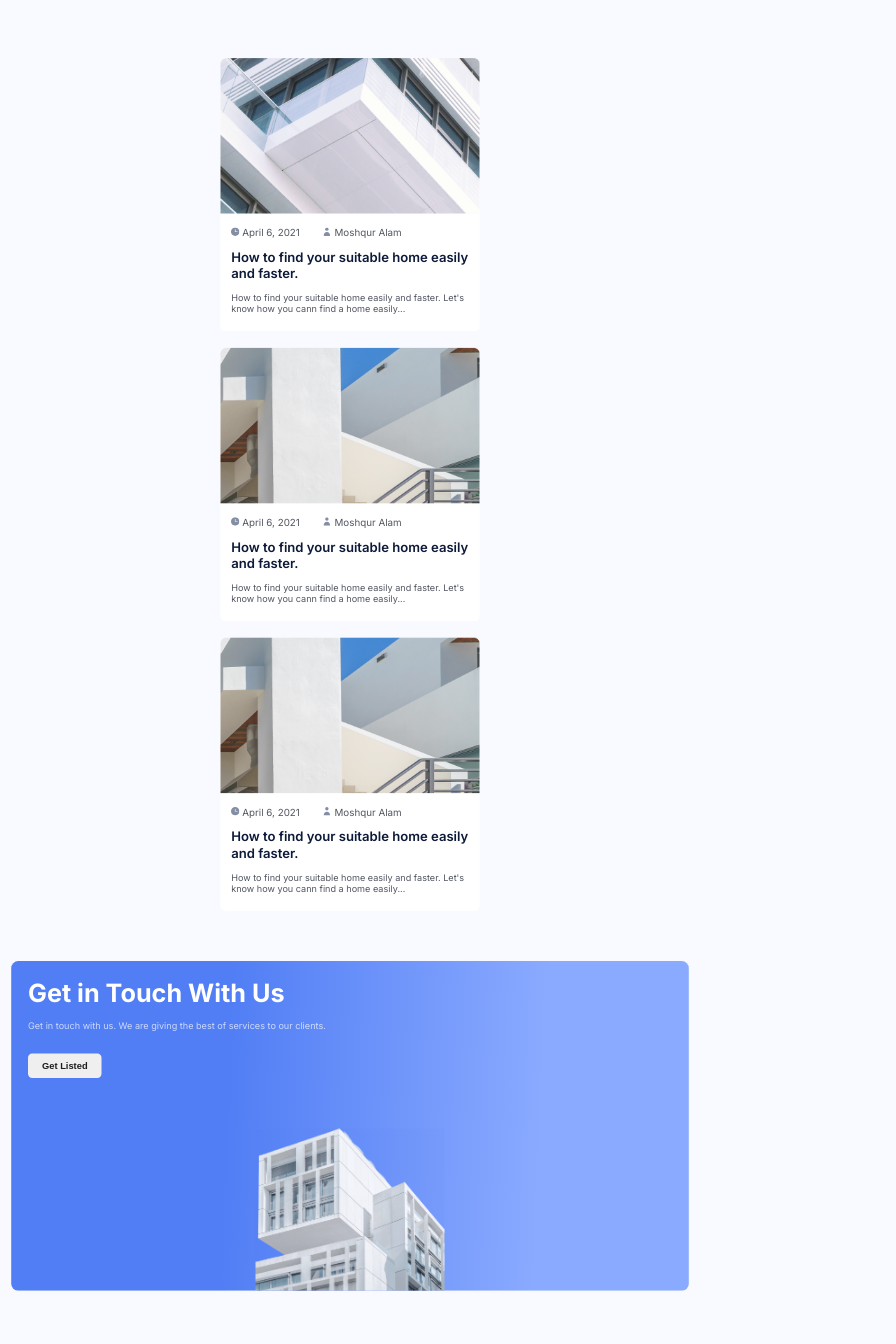
Repository: haokiet2501/domicile-real-estate
Page: index.html
These files come from the project's save history. The page is drawn as it stood at one moment and after a run of saves; the edit follows.
The browser window is 1280 px wide. The pictures show the part of the page from y = 4580 to 6500 px (the page is 6536 px tall before and 6552 px after), at 70% of full size.
The style sheet was rebuilt from its Sass, Less or Tailwind sources for each picture, by a compiler version that may differ from the author's.

Above is the page before, as saved 2022-06-28 11:04:15.

After the next 4 saves:
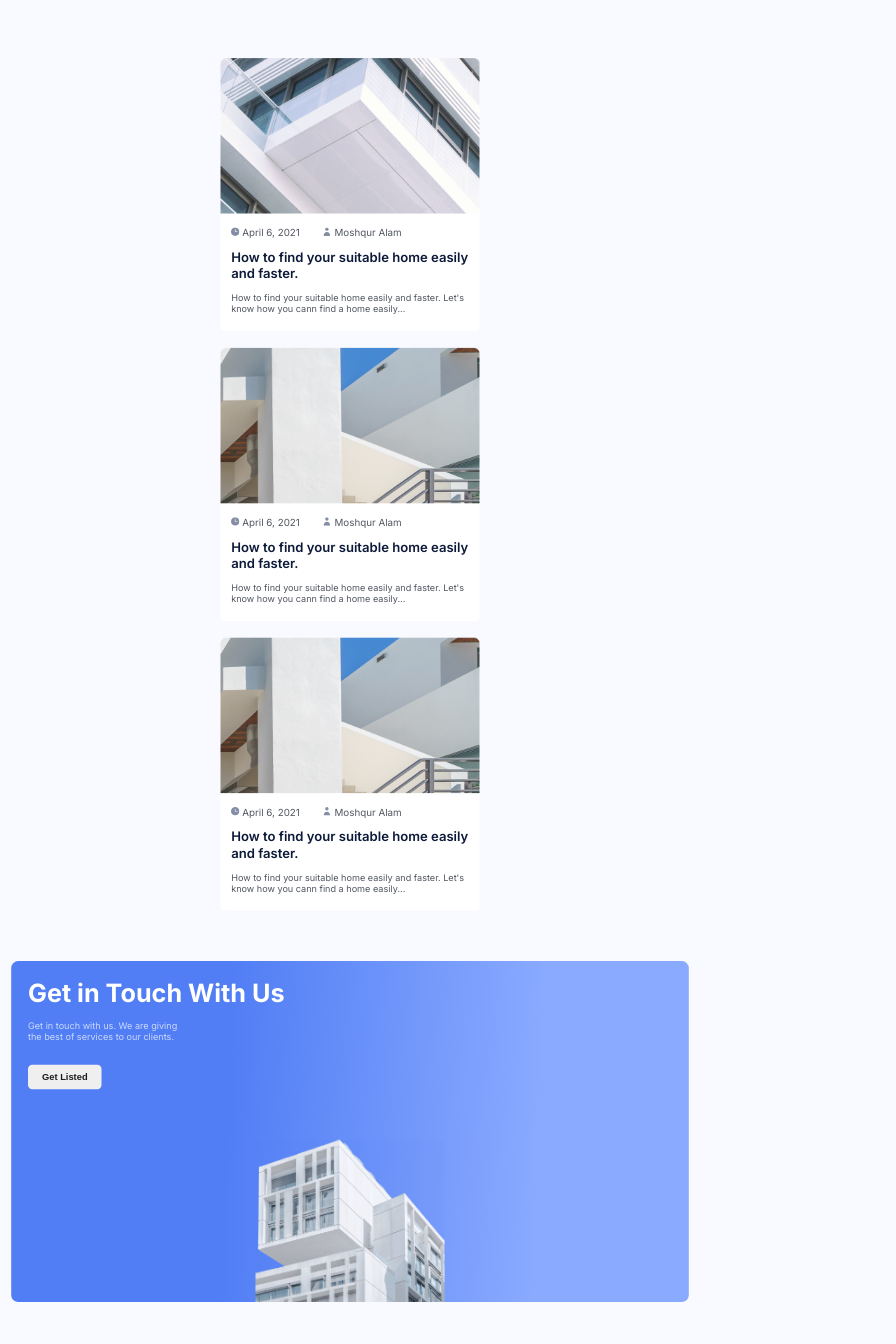
The 4 saves are shown as one change because they came seconds apart.
The last was saved 6 min 53 s later.
--- a/index.html
+++ b/index.html
@@ -497,7 +497,7 @@
                         Get in Touch With Us
                     </div>
                     <p class="cta__text">
-                        Get in touch with us. We are giving the best of services to our clients.
+                        Get in touch with us. We are giving <br> the best of services to our clients.
                     </p>
 
                     <button class="cta__button">
